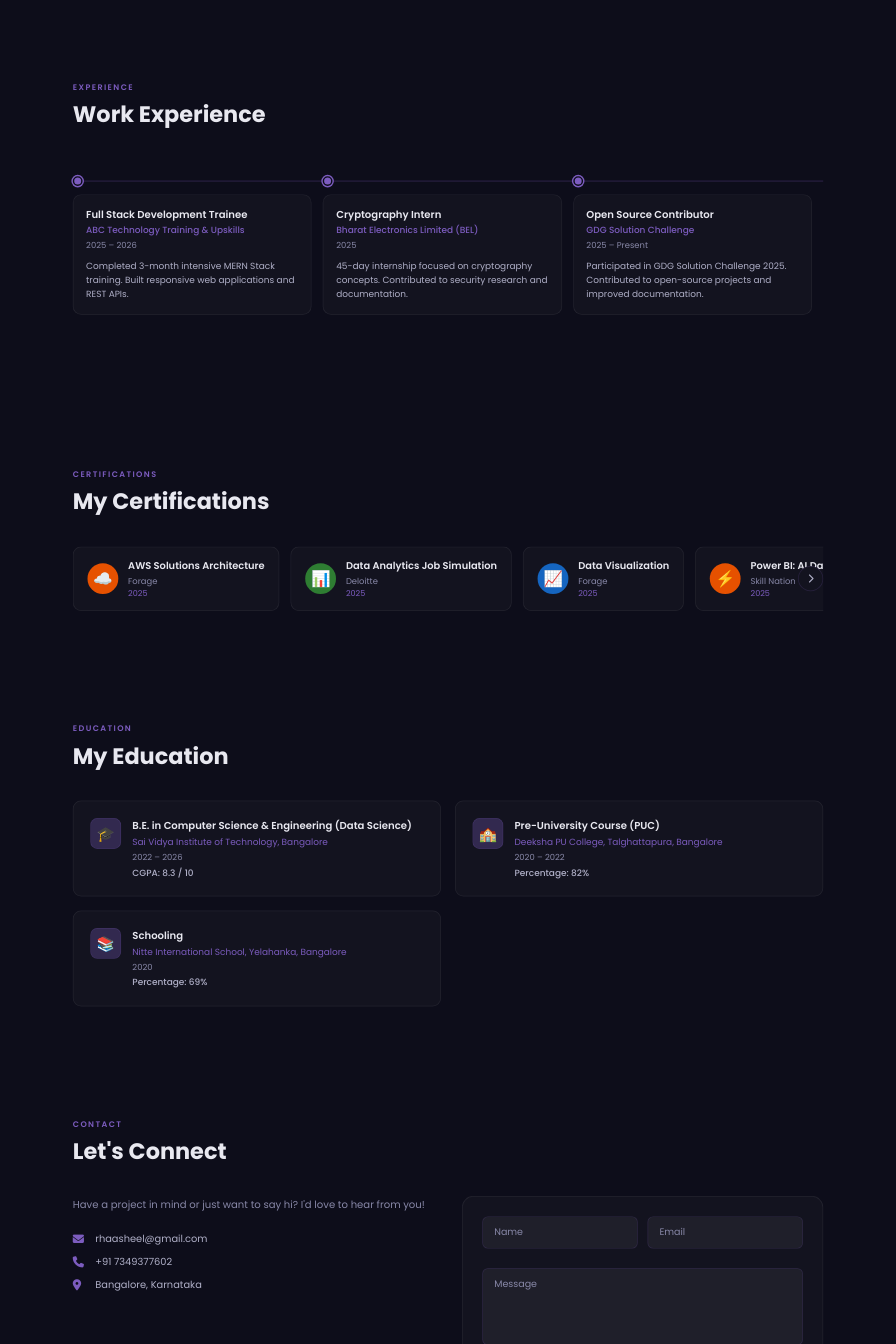
Repository: Rhaashee/Portfolio
Page: MyProfile-frontend/index.html
The author's editor kept a copy of each file at every save. The page is drawn from the files as they stood at one save, then again after a run of saves.
The browser window is 1280 px wide. The pictures show the part of the page from y = 2594 to 4514 px (the page is 5042 px tall before and 5022 px after), at 70% of full size.

Above is the page before, as saved 2026-06-16 20:35:51.

After the next 2 saves:
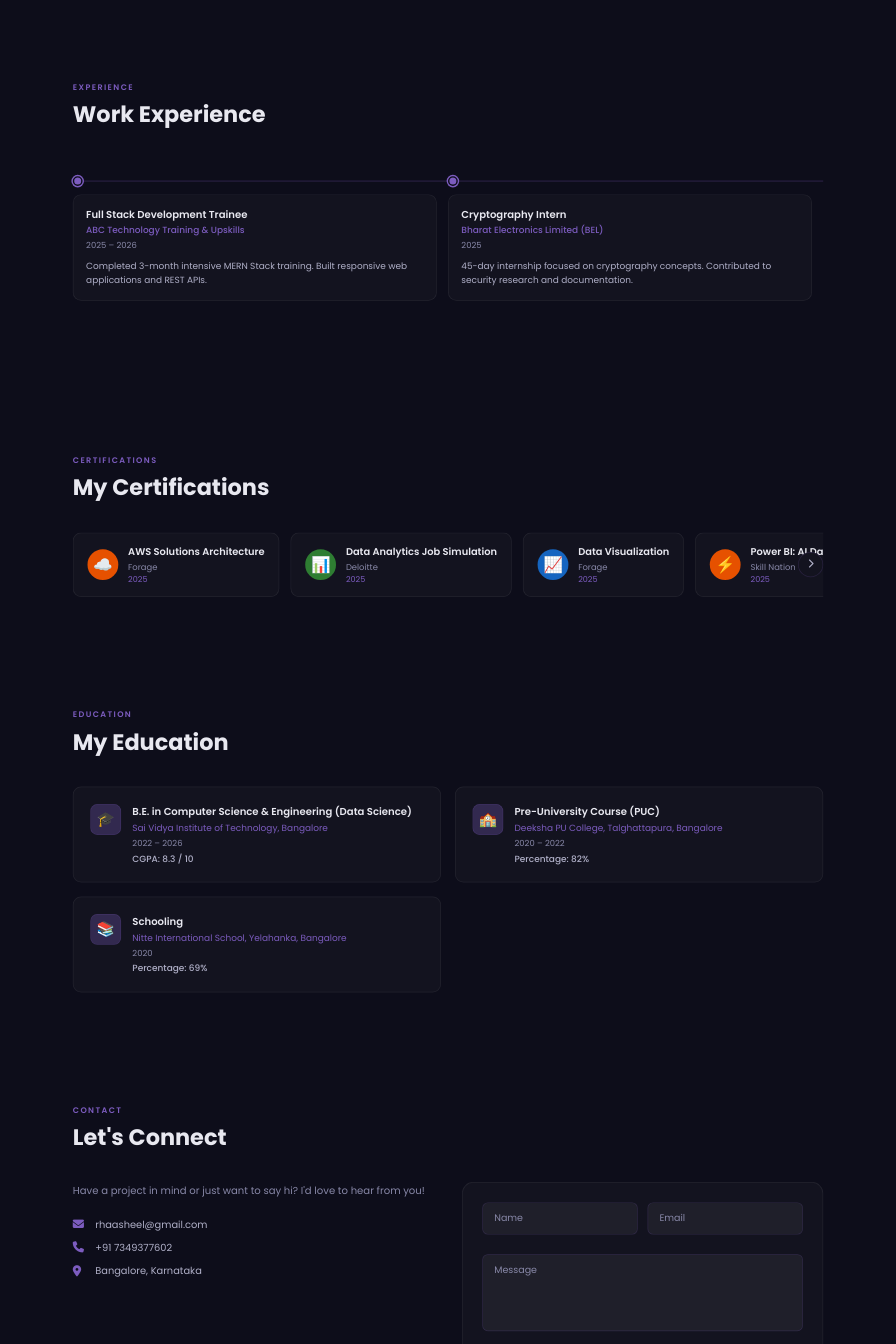
The 2 saves are shown as one change because they came seconds apart.
The last was saved 33 min 56 s later.
--- a/MyProfile-frontend/js/data/experience.js
+++ b/MyProfile-frontend/js/data/experience.js
@@ -11,11 +11,5 @@ const experience = [
     company: "Bharat Electronics Limited (BEL)",
     period: "2025",
     desc: "45-day internship focused on cryptography concepts. Contributed to security research and documentation.",
-  },
-  {
-    role: "Open Source Contributor",
-    company: "GDG Solution Challenge",
-    period: "2025 – Present",
-    desc: "Participated in GDG Solution Challenge 2025. Contributed to open-source projects and improved documentation.",
-  },
+  }
 ];
